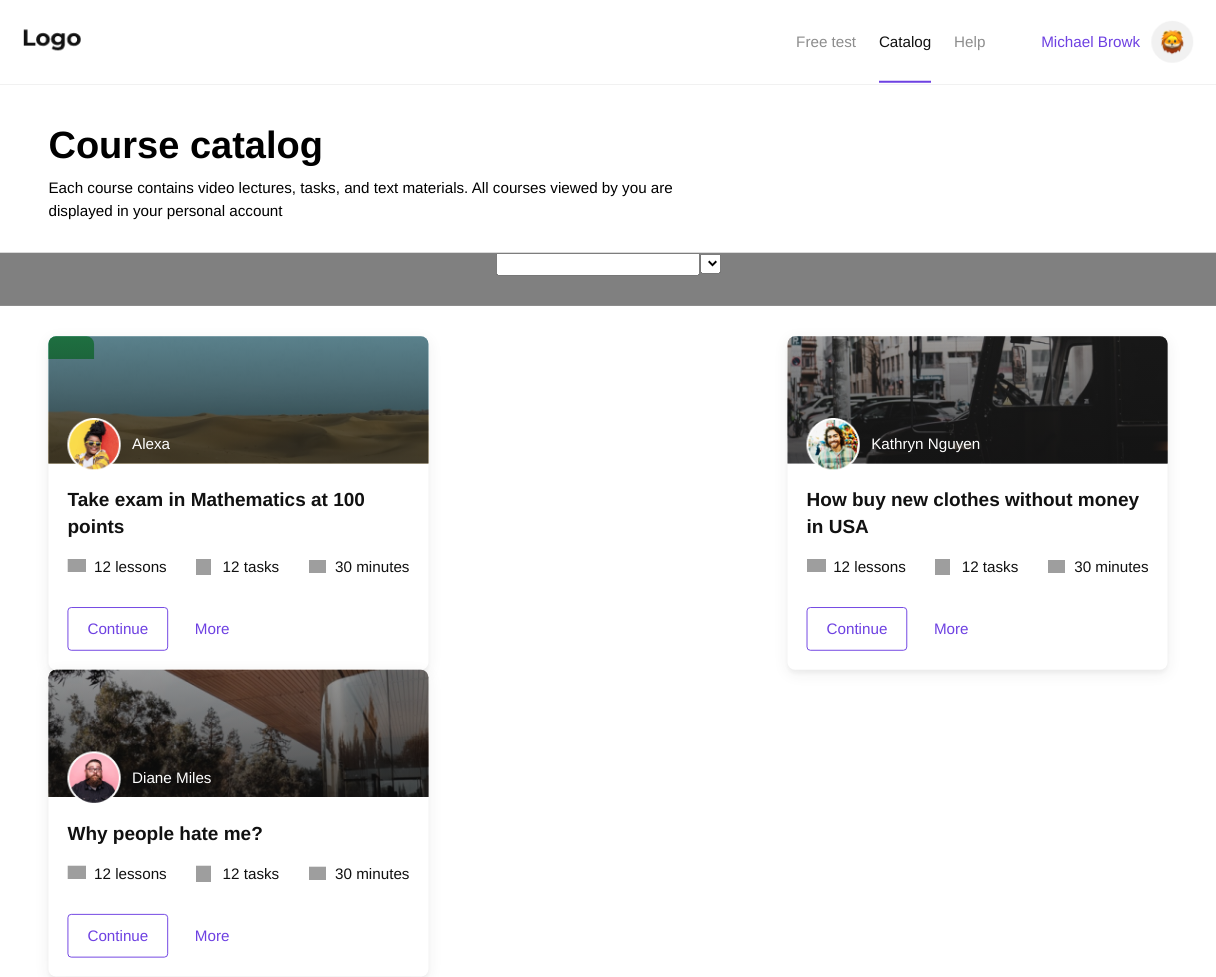
Repository: skydevil1604/vue-test-app
Page: /#/main-page
The author's editor kept a copy of each file at every save. The page is drawn from the files as they stood at one save, then again after the next save.
The browser window is 1280 px wide. The pictures show the whole page, at 95% of full size.
Pictures or frames that could not be fetched are drawn as grey boxes. The project was rebuilt for these pictures with package versions that can differ from the ones it lists, and the page was loaded fresh each time. Also part of the build but not shown: src/components/Tabs.vue, src/components/Tab.vue, src/components/Login.vue, src/components/Registration.vue, src/components/AuthenticationForm.vue.

Above is the page before, as saved 2020-04-07 01:18:46.

After the next save:
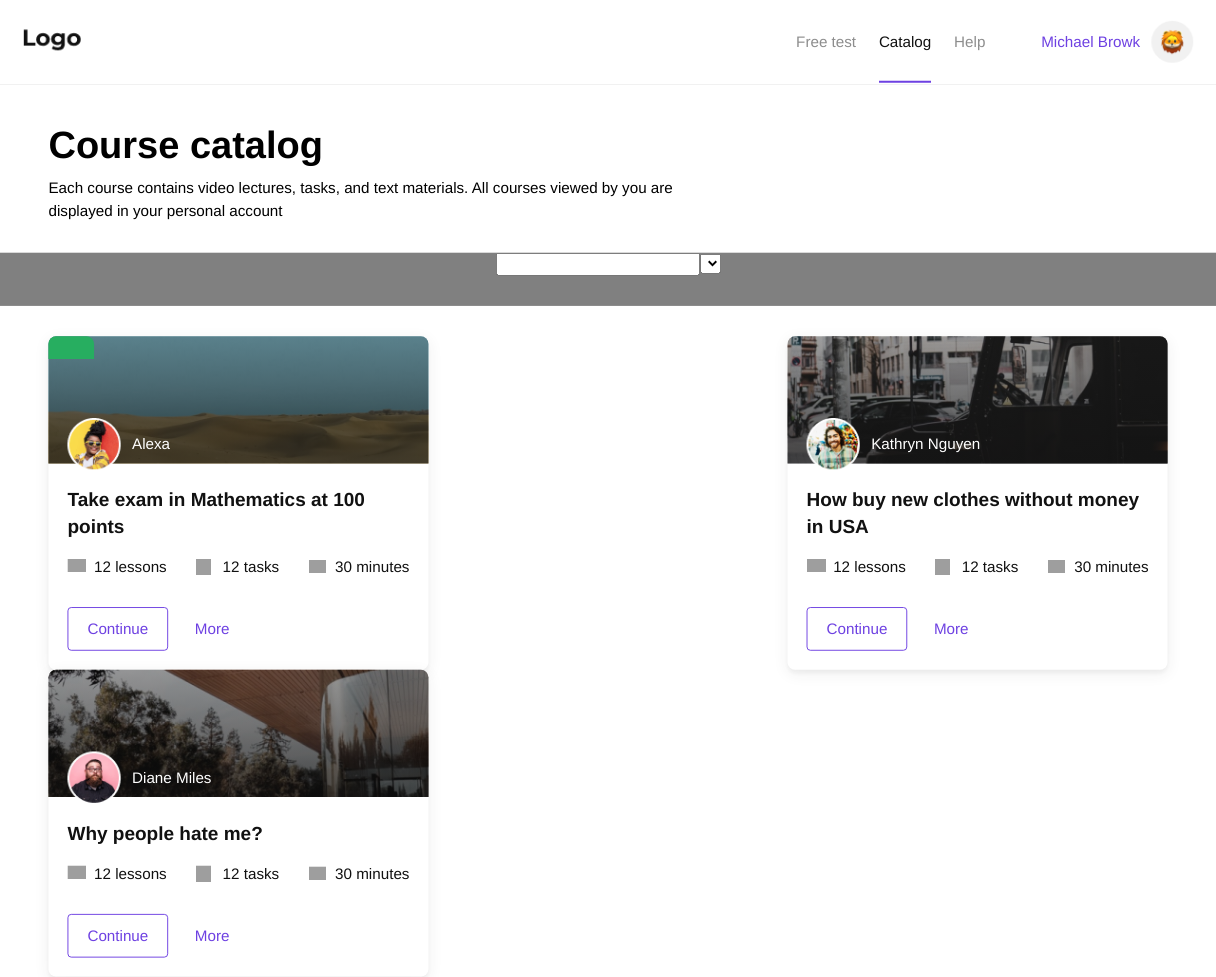
Saved 76 s later.
--- a/src/components/MainPage.vue
+++ b/src/components/MainPage.vue
@@ -267,12 +267,13 @@ export default {
                 background-color: transparent;
                 border-top-right-radius: 8px;
                 border-top-left-radius: 8px;
-            }
-
-            &__progress-bar-fill {
                 position: absolute;
                 top: 0;
                 left: 0;
+                z-index: 2;
+            }
+
+            &__progress-bar-fill {
                 display: block;
                 height: 24px;
                 background-color: #27AE60;
